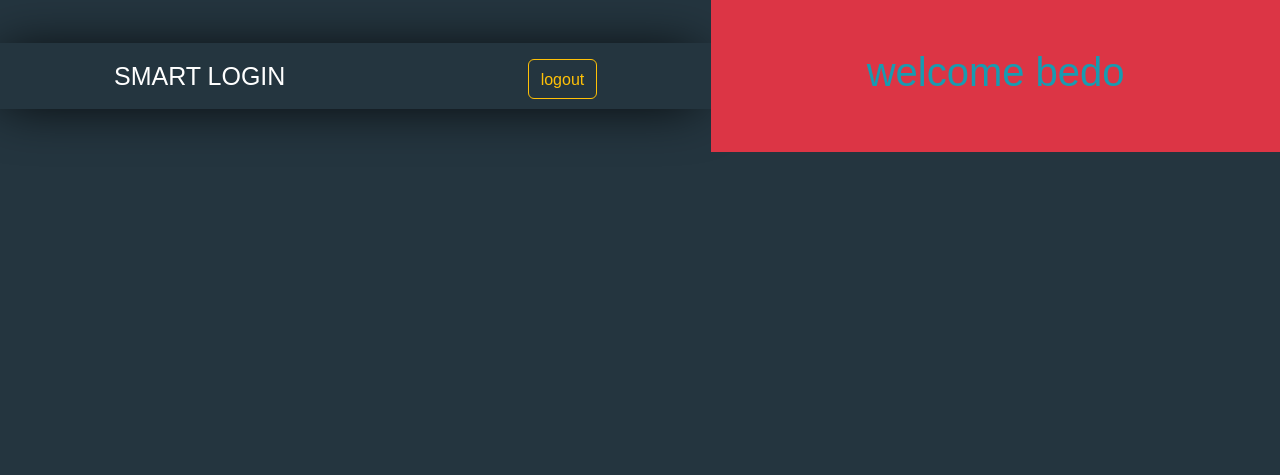
Repository: bodajava/TASK-4
Page: theerdIndex.html
These files come from the project's save history. The page is drawn as it stood at one moment and after the next save; the edit follows.
The browser window is 1280 px wide. The pictures show the whole page.

Above is the page before, as saved 2025-06-18 19:26:13.

After the next save:
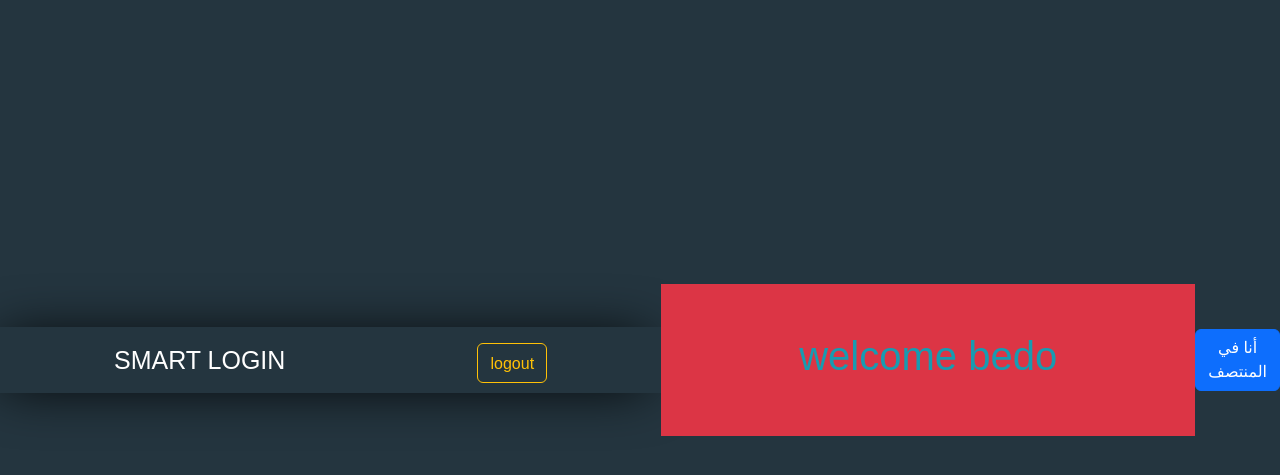
Saved 21 s later.
--- a/theerdIndex.html
+++ b/theerdIndex.html
@@ -50,6 +50,11 @@
       <h1 id="userName">welcome bedo</h1>
     </div>
 
+    <div class="d-flex justify-content-center align-items-center vh-100">
+      <div class="text-center">
+        <button class="btn btn-primary">أنا في المنتصف</button>
+      </div>
+    </div>
     <script src="js/bootstrap.bundle.min.js"></script>
     <script src="js/index.js"></script>
   </body>
